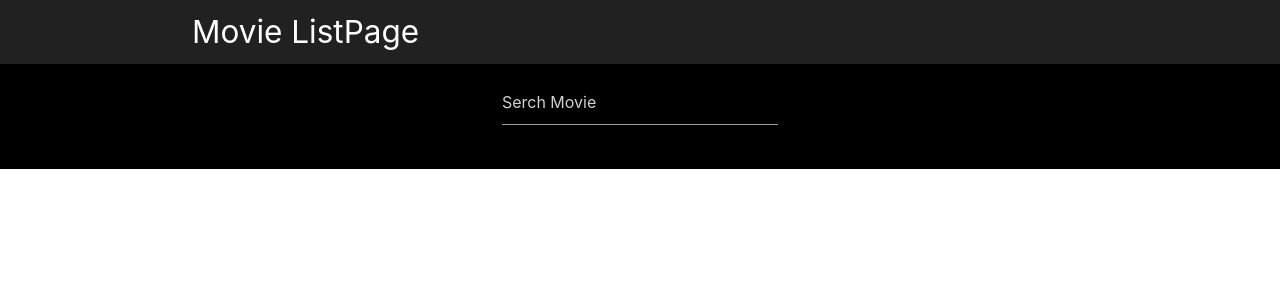
Repository: Reiya-1003/React-Ts-Node-App
Page: /
These files come from the project's save history. The page is drawn as it stood at one moment and after the next save; the edit follows.
The browser window is 1280 px wide. The pictures show the whole page.
The page's requests for data from a server got no answer. The project was rebuilt for these pictures with package versions that can differ from the ones it lists, and the page was loaded fresh each time. A package was used in the major version that the imports need, not the one package.json lists. No one was signed in, and anything a server would have sent is missing. Also part of the build but not shown: src/Styles.module.css, src/components/Detail.tsx.

Above is the page before, as saved 2021-11-18 11:13:15.

### public/index.html
<!DOCTYPE html>
<html lang="en">
  <head>
    <meta charset="utf-8" />
    <link rel="icon" href="%PUBLIC_URL%/favicon.ico" />
    <meta name="viewport" content="width=device-width, initial-scale=1" />
    <meta name="theme-color" content="#000000" />
    <meta
      name="description"
      content="Web site created using create-react-app"
    />
    <link rel="apple-touch-icon" href="%PUBLIC_URL%/logo192.png" />
    <!--
      manifest.json provides metadata used when your web app is installed on a
      user's mobile device or desktop. See https://developers.google.com/web/fundamentals/web-app-manifest/
    -->
    <link rel="manifest" href="%PUBLIC_URL%/manifest.json" />
    <link
      rel="stylesheet"
      href="https://cdnjs.cloudflare.com/ajax/libs/materialize/1.0.0/css/materialize.min.css"
    />
    <!--
      Notice the use of %PUBLIC_URL% in the tags above.
      It will be replaced with the URL of the `public` folder during the build.
      Only files inside the `public` folder can be referenced from the HTML.

      Unlike "/favicon.ico" or "favicon.ico", "%PUBLIC_URL%/favicon.ico" will
      work correctly both with client-side routing and a non-root public URL.
      Learn how to configure a non-root public URL by running `npm run build`.
    -->
    <title>React App</title>
  </head>
  <body>
    <noscript>You need to enable JavaScript to run this app.</noscript>
    <div id="root"></div>
    <!--
      This HTML file is a template.
      If you open it directly in the browser, you will see an empty page.

      You can add webfonts, meta tags, or analytics to this file.
      The build step will place the bundled scripts into the <body> tag.

      To begin the development, run `npm start` or `yarn start`.
      To create a production bundle, use `npm run build` or `yarn build`.
    -->
  </body>
</html>

### src/index.tsx
import React from "react";
import ReactDOM from "react-dom";

import App from "./components/App";

import reportWebVitals from "./reportWebVitals";

interface Props {
  sum: number;
  per: number;
  onChange: (e: { page: number }) => void;
}

ReactDOM.render(
  <React.StrictMode>
    <App />
  </React.StrictMode>,
  document.getElementById("root")
);

// If you want to start measuring performance in your app, pass a function
// to log results (for example: reportWebVitals(console.log))
// or send to an analytics endpoint. Learn more: https://bit.ly/CRA-vitals
reportWebVitals();

### src/components/App.tsx
import React, { createContext, useState } from "react";
import Nav from "./Nav";
import Seathbox from "./Searthbox";
import Detail from "./Detail";
import {
  BrowserRouter as Router,
  Switch,
  Route,
  BrowserRouter,
} from "react-router-dom";

export const MovieContext = createContext<any>([]);
export const SerchContext = createContext<any>("");
export const TotalContext = createContext<any>(0);
export const CurrentContext = createContext<any>(1);

interface Props {
  sum?: number;
  per?: number;
  onChange?: (e: { page: number }) => void;
}

export const App: React.FC<Props> = (props) => {
  const [movies, setMovies] = useState<any>([]);
  const [searchTerm, setSearchterm] = useState<any>("");
  const [totalResulte, setTotal] = useState<any>(0);
  const [currentPage, setCurrent] = useState<any>(1);

  const handlePaginate = (page: number) => {
    fetch(
      `https://api.themoviedb.org/3/search/movie?api_key=78eb03987f34d05d918381d81d8257fe&language=ja-JA&page=1&query=${searchTerm}&page=${page}`
    )
      .then((data) => data.json())
      .then((data) => {
        console.log(data);
        const newResult = data.results;
        const newCurrent = page;
        setMovies(newResult);
        setCurrent(newCurrent);
      });
  };

  return (
    <div className="App" style={{ backgroundColor: "black" }}>
      <Router>
        <Nav />
        <Switch>
          <MovieContext.Provider value={movies}>
            <SerchContext.Provider value={searchTerm}>
              <TotalContext.Provider value={totalResulte}>
                <CurrentContext.Provider value={currentPage}>
                  <Route path="/" exact component={Seathbox} />
                  <Route path="/detail/:item_id" exact component={Detail} />
                </CurrentContext.Provider>
              </TotalContext.Provider>
            </SerchContext.Provider>
          </MovieContext.Provider>
        </Switch>
      </Router>
    </div>
  );
};

export default App;

### src/components/Nav.tsx
import React from "react";

const Nav = () => {
  return (
    <nav className="grey darken-4">
      <div className=".nav-wrapper container">
        <a href="" className="brand-logo ">
          <div>Movie ListPage</div>
        </a>
      </div>
    </nav>
  );
};

export default Nav;

### src/components/Searthbox.tsx
import React, { useContext, useState, useEffect } from "react";
import {
  BrowserRouter as Router,
  Route,
  Link,
  Switch,
  useHistory,
  useParams,
} from "react-router-dom";
import {
  MovieContext,
  SerchContext,
  CurrentContext,
  TotalContext,
} from "./App";

import MuiPagination from "@material-ui/lab/Pagination";
import { withStyles } from "@material-ui/core/styles";

const Searthbox = ({ pageContext }: any) => {
  let Movie = useContext(MovieContext); //映画のコンテキスト
  const Search = useContext(SerchContext); //検索ボックス用のコンテキスト
  const [movies, setMovies] = useState<any>({}); //検索したワードの映画の表示に使う
  const [firstList, setFirstList] = useState<any>([]); //最初にアクセスした画面の映画の表示
  const [searchTerm, setSearchterm] = useState<string>(); //検索ワードが入る

  let [pageLinks, setLinks]: any = useState([]); //検索結果の映画のトータルページを数える
  const IMG_PATH = "https://image.tmdb.org/t/p/w1280"; //映画の画像のパスに使う
  const [page, setPage] = useState(1); //ページの個数を保存するその数だけページングを作る

  let newListItem = [];

  useEffect(() => {
    fetch(
      "https://api.themoviedb.org/3/movie/now_playing?api_key=78eb03987f34d05d918381d81d8257fe&language=ja&page=1"
    )
      .then((response) => {
        return response.json();
      })
      .then((firstdata) => {
        //取得したJSONデータの処理
        const newFirstlist = firstdata.results;
        setFirstList(newFirstlist);
        console.log(firstdata.results);
        console.log(firstList);
        Movie.push(newFirstlist);
      })
      .catch((error) => {
        //エラー発生時の処理
        console.log("error");
      });
  }, []); //最初に出てくる映画のリスト（時期によって変わる）

  const handleSubmit = (e: React.FormEvent<HTMLFormElement>) => {
    e.preventDefault();

    fetch(
      `https://api.themoviedb.org/3/search/movie?api_key=78eb03987f34d05d918381d81d8257fe&language=ja-JA&page=1&query=${searchTerm}`
    )
      .then((data) => data.json())
      .then((data) => {
        console.log(data);
        const newResult = data.results;

        setMovies(newResult);

        console.log(movies);
        Movie.shift();
        Movie.push(data.results);
        let newLinks = [];

        for (let i = 0; i < data.total_pages; i++) {
          newLinks.push(i + 1);
        }
        setLinks(newLinks);
        console.log(data.total_pages);
      });
  }; //検索するときのonSbmit

  const handleChange = (e: string | any) => {
    const newSerch = e.target.value;
    setSearchterm(newSerch);
    console.log(searchTerm);
  }; //入力した単語をserchTerm（検索ワード）にセットするonChange

  const handleChangePage = (
    event: React.ChangeEvent<unknown>,
    value: number
  ) => {
    event.preventDefault();
    const newValue = value;
    setPage(newValue);
    console.log(newValue); //リアルタイムでページ番号
    fetch(
      `https://api.themoviedb.org/3/search/movie?api_key=78eb03987f34d05d918381d81d8257fe&language=ja-JA&page=1&query=${searchTerm}&page=${newValue}`
    )
      .then((data) => data.json())
      .then((data) => {
        console.log(data);
        const newResult = data.results;

        Movie.shift();
        Movie.push(newResult);
        console.log(Movie[0]);
      });
  }; //ページ番号ごとの映画を表示するonChange

  return (
    // 検索ボックス
    <div className="container">
      <div className="row">
        <section className="col s4 offset-s4">
          <form action="" onSubmit={handleSubmit}>
            <div className="input-field">
              <input
                placeholder="Serch Movie"
                type="text"
                onChange={handleChange}
              />
            </div>
          </form>
        </section>
      </div>
      {/* 映画の一覧（２０件分）  */}
      <div className="container">
        <div className="row">
          <div className="col s12">
            {Movie.length === 0
              ? firstList.map((list: any, i: any) => {
                  return (
                    <div className="col s12 m6 l3" key={i}>
                      <div className="card">
                        <div className="card-image waves-effect waves-block waves-light">
                          <img
                            src={IMG_PATH + list.poster_path}
                            alt="card image"
                            style={{ width: "100%", height: 360 }}
                          ></img>
                        </div>
                        <div className="card-content">
                          <p>
                            <Link to={`/detail/${list.id}`}>View Details</Link>
                          </p>
                        </div>
                      </div>
                    </div>
                  );
                })
              : Movie[0].map((list: any, i: any) => {
                  return (
                    <div className="col s12 m6 l3" key={i}>
                      <div className="card">
                        <div className="card-image waves-effect waves-block waves-light">
                          <img
                            src={IMG_PATH + list.poster_path}
                            alt="card image"
                            style={{ width: "100%", height: 360 }}
                          ></img>
                        </div>
                        <div className="card-content">
                          <p>
                            <Link to={`/detail/${list.id}`}>View Details</Link>
                          </p>
                        </div>
                      </div>
                    </div>
                  );
                })}
          </div>
        </div>
      </div>
      {/* ページネーション */}
      <div>
        {Movie.length === 0 ? (
          <p></p>
        ) : (
          <div>
            <MuiPagination
              count={pageLinks.length}
              page={page}
              variant="outlined"
              color="primary"
              onChange={handleChangePage}
            />
            {/* <p>page：{page}</p> */}
          </div>
        )}
      </div>
    </div>
  );
};

export default Searthbox;

Loaded but not shown: src/reportWebVitals.ts (common file)

After the next save:
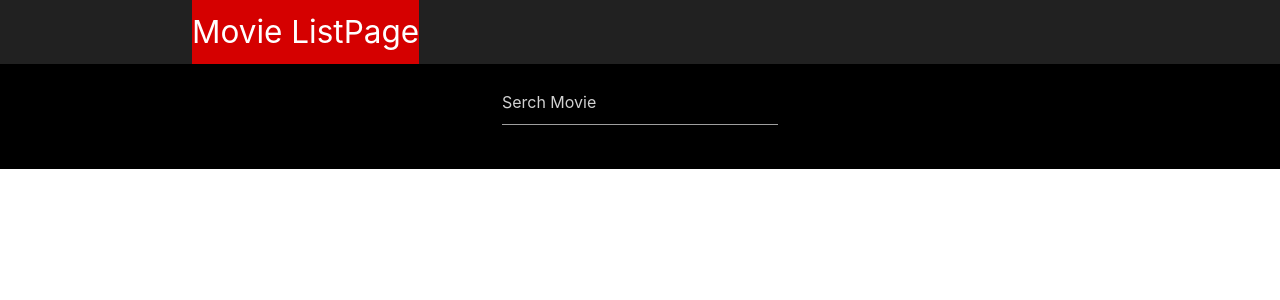
Saved 35 s later.
--- a/src/components/Nav.tsx
+++ b/src/components/Nav.tsx
@@ -5,7 +5,7 @@ const Nav = () => {
     <nav className="grey darken-4">
       <div className=".nav-wrapper container">
         <a href="" className="brand-logo ">
-          <div>Movie ListPage</div>
+          <div className="red accent-4">Movie ListPage</div>
         </a>
       </div>
     </nav>
